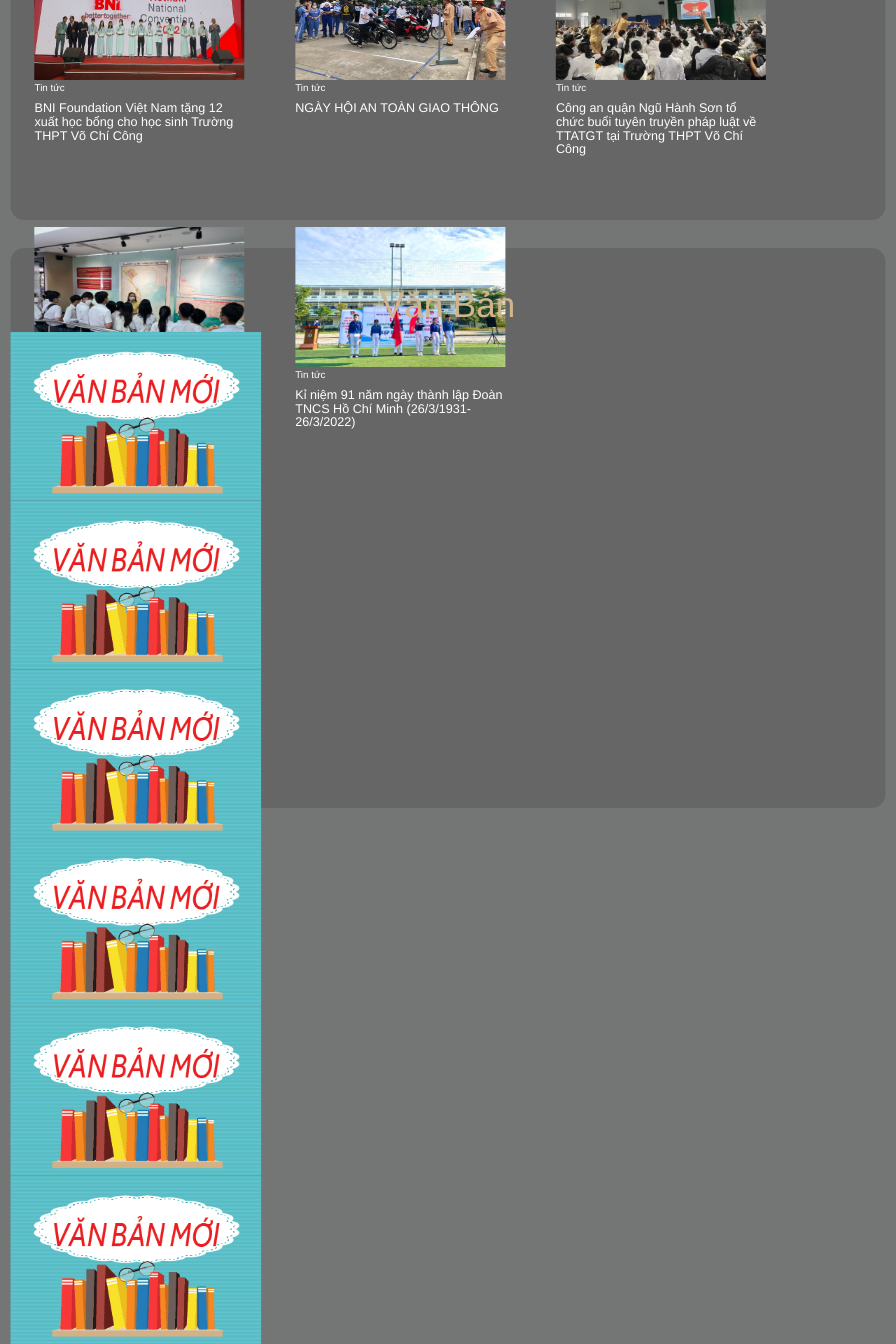
Repository: dphasst17/THPTVCC
Page: index.html
These files come from the project's save history. The page is drawn as it stood at one moment and after the next save; the edit follows.
The browser window is 1280 px wide. The pictures show the part of the page from y = 1176 to 3096 px (the page is 3096 px tall before and 2850 px after), at 70% of full size.

Above is the page before, as saved 2022-10-02 21:14:06.

### index.html
<!DOCTYPE html>
<html lang="en">
<head>
    <meta charset="UTF-8">
    <meta http-equiv="X-UA-Compatible" content="IE=edge">
    <meta name="viewport" content="width=device-width, initial-scale=1.0">
    <link rel="stylesheet" href="https://maxcdn.bootstrapcdn.com/bootstrap/3.4.1/css/bootstrap.min.css">
    <script src="https://ajax.googleapis.com/ajax/libs/jquery/3.6.0/jquery.min.js"></script>
    <script src="https://maxcdn.bootstrapcdn.com/bootstrap/3.4.1/js/bootstrap.min.js"></script>
    <script src="https://ajax.googleapis.com/ajax/libs/jquery/3.6.0/jquery.min.js"></script>
    <script src="index.js"></script>
    <link rel="stylesheet" href="style.css">
    <title>Document</title>
</head>
<body>
    <header>
        <div class="logo">
            <a href="#">
                <img src="img/logo.png" alt="">
            </a>
        </div>
        <div class="nav">
            <ul>
                <li><a href="">TRANG CHỦ</a></li>
                <li><a href="#new">TIN TỨC</a></li>
                <li><a href="">VĂN BẢN</a></li>
                <li><a href="">TUYỂN SINH</a></li>
                <li><a href="">LIÊN HỆ</a></li>
            </ul>
        </div>
        <div class="search">
            <input placeholder="Search" spellCheck="false"/>
            <div class="icon-search">
                <svg xmlns="http://www.w3.org/2000/svg" viewBox="0 0 512 512"><path d="M416 208c0 45.9-14.9 88.3-40 122.7L502.6 457.4c12.5 12.5 12.5 32.8 0 45.3s-32.8 12.5-45.3 0L330.7 376c-34.4 25.2-76.8 40-122.7 40C93.1 416 0 322.9 0 208S93.1 0 208 0S416 93.1 416 208zM208 352c79.5 0 144-64.5 144-144s-64.5-144-144-144S64 128.5 64 208s64.5 144 144 144z"strokeWidth="4" stroke="#fff"/></svg>
            </div>
        </div>
        <div class="user">
            <svg xmlns="http://www.w3.org/2000/svg" viewBox="0 0 448 512">
                <path d="M224 256c70.7 0 128-57.3 128-128S294.7 0 224 0S96 57.3 96 128s57.3 128 128 128zm-45.7 48C79.8 304 0 383.8 0 482.3C0 498.7 13.3 512 29.7 512H418.3c16.4 0 29.7-13.3 29.7-29.7C448 383.8 368.2 304 269.7 304H178.3z"/>
            </svg>
            <div class="user_infor">
                <a href="./login.html">Login</a>
            </div>
        </div>
    </header>
    <div class="container">
        <div id="myCarousel" class="carousel slide" data-ride="carousel">
            <!-- Indicators -->
            <ol class="carousel-indicators">
              <li data-target="#myCarousel" data-slide-to="0" class="active"></li>
              <li data-target="#myCarousel" data-slide-to="1"></li>
              <li data-target="#myCarousel" data-slide-to="2"></li>
            </ol>

            <!-- Wrapper for slides -->
            <div class="carousel-inner">
              <div class="item active">
                <img src="img/1.png" alt="Los Angeles" style="width:100%;height:300px;">
              </div>

              <div class="item">
                <img src="img/2.png" alt="Chicago" style="width:100%;height:300px;">
              </div>

              <div class="item">
                <img src="img/3.gif" alt="New york" style="width:100%;height:300px;">
              </div>
            </div>

            <!-- Left and right controls -->
            <a class="left carousel-control" href="#myCarousel" data-slide="prev">
              <span class="glyphicon glyphicon-chevron-left"></span>
              <span class="sr-only">Previous</span>
            </a>
            <a class="right carousel-control" href="#myCarousel" data-slide="next">
              <span class="glyphicon glyphicon-chevron-right"></span>
              <span class="sr-only">Next</span>
            </a>
        </div>
        <div id="new" class="new">
            <h1><br/>TIN TỨC</h1>
            <div class="new_container">
                <img src="img/tintuc/1.jpg" alt="">
                <a>Tin tức</a>
                <h4>LỄ PHÁT ĐỘNG CHIẾN DỊCH TIÊM CHỦNG VẮC XIN PHÒNG COVID-19</h4>
            </div>

            <div class="new_container">
                <img src="img/tintuc/2.jpg" alt="">
                <a>Tin tức</a>
                <h4>TRƯỜNG THPT VÕ CHÍ CÔNG KHAI GIẢNG NĂM HỌC 2022 - 2023</h4>
            </div>

            <div class="new_container">
                <img src="img/tintuc/3.jpg" alt="">
                <a>Tin tức</a>
                <h4>KỶ NIỆM 110 NĂM NGÀY SINH CHỦ TỊCH HỘI ĐỒNG NHÀ NƯỚC VÕ CHÍ CÔNG (7-8-1912 - 7-8-2022)</h4>
            </div>

            <div class="new_container">
                <img src="img/tintuc/5.jpg" alt="">
                <a>Tin tức</a>
                <h4>BNI Foundation Việt Nam tặng 12 xuất học bổng cho học sinh Trường THPT Võ Chí Công</h4>
            </div>

            <div class="new_container">
                <img src="img/tintuc/4.jpg" alt="">
                <a>Tin tức</a>
                <h4>NGÀY HỘI AN TOÀN GIAO THÔNG</h4>
            </div>

            <div class="new_container">
                <img src="img/tintuc/6.jpg" alt="">
                <a>Tin tức</a>
                <h4>Công an quận Ngũ Hành Sơn tổ chức buổi tuyên truyền pháp luật về TTATGT tại Trường THPT Võ Chí Công</h4>
            </div>

            <div class="new_container">
                <img src="img/tintuc/7.jpg" alt="">
                <a>Tin tức</a>
                <h4>Trường THPT Võ Chí Công tham quan, học tập tại nhà trưng bày Hoàng Sa và Bảo tàng Chăm vào ngày 24/4/2022.</h4>
            </div>

            <div class="new_container">
                <img src="img/tintuc/8.jpg" alt="">
                <a>Tin tức</a>
                <h4>Kỉ niệm 91 năm ngày thành lập Đoàn TNCS Hồ Chí Minh (26/3/1931-26/3/2022)</h4>
            </div>

        </div>
        <div class="document">
            <h1><br/>Văn Bản</h1>
            <div class="document_container">
                <img src="img/document/document.png" alt="">
            </div>

            <div class="document_container">
                <img src="img/document/document.png" alt="">
            </div>

            <div class="document_container">
                <img src="img/document/document.png" alt="">
            </div>

            <div class="document_container">
                <img src="img/document/document.png" alt="">
            </div>

            <div class="document_container">
                <img src="img/document/document.png" alt="">
            </div>

            <div class="document_container">
                <img src="img/document/document.png" alt="">
            </div>

        </div>
    </div>
</body>
</html>

### index.js
$(document).ready(function(){
    $('.user').click(function(){
        $('.user_infor').fadeToggle('user_info')
    })
})

### style.css
body{
    margin:0;
    text-decoration:none;
    background-color:rgb(116, 118, 118);;
}
header{
    width:100%;
    height:100px;
    top:0;
    left:0;
    right:0;
    position:relative;
    z-index: 111;
}
.logo img{
    width:6%;
    margin:10px 30px;
    position:absolute;
}
.nav{
    position:absolute;
    width:51%;
    height:50px;
    background-color:rgb(171, 173, 173);
    border-radius:10px;
    margin:20px 170px;
}
.nav ul li{
    display:inline-block;
    width:120px;
    margin-left:15px;
    text-decoration:none;
    line-height: 44px;
    text-align:center;
}
.nav a{
    display:block;
    width:120px;
    height:50px;
    text-decoration:none;
    font-size:18px;
    color:rgb(141, 117, 86);
    line-height: 48px;
}
.search{
    width: 350px;
    height: 50px;
    position: absolute;
    background-color: rgb(171, 173, 173);
    margin-left: 66%;
    margin-top:20px;
    border-radius: 10px;
}
.search input{
    width:340px;
    height:40px;
    margin:5px;
    border-style:none;
    background-color:rgb(171, 173, 173);
    color:#fff;
    outline: none;
    font-size:15px;
}
.icon-search{
    position: absolute;
    background-color: transparent;
    border: 0 none;
    width: 10%;
    margin: -12% 85%;
}
.user{
    width:50px;
    height:50px;
    float:right;
    margin:20px 50px;
    border-radius:50px;
    background-color:rgb(171, 173, 173);
}
.user svg{
    width:70%;
    margin:3px 8px;
}
.user_infor{
    display:none;
    width:100px;
    height:auto;
    background-color: rgb(171, 173, 173);
    border-radius:10px;
    margin: 10px -25px;
    text-align:center;
}
.container{
    width:100%;
    height:auto;
    margin:50px 0;
}
.new{
    width:100%;
    height:1000px;
    background-color:rgb(103, 102, 102);
    margin-top:40px;
    border-radius:20px;
}
h1{
    color:tan;
    text-align:center;
    font-size:50px;
}
.new_container{
    width:300px;
    height:350px;
    display:inline-flex;
    margin:25px 34.3px;
    flex-wrap: wrap;
    align-content: center;
}
.new_container img{
    width:300px;
    height:200px;
}
.new_container h4{
    color:#fff;
}
.new_container a{
    color:#fff;
    text-decoration:none;
}
.document{
    width:100%;
    height:800px;
    background-color:rgb(103, 102, 102);
    margin-top:40px;
    border-radius:20px;
}

After the next save:
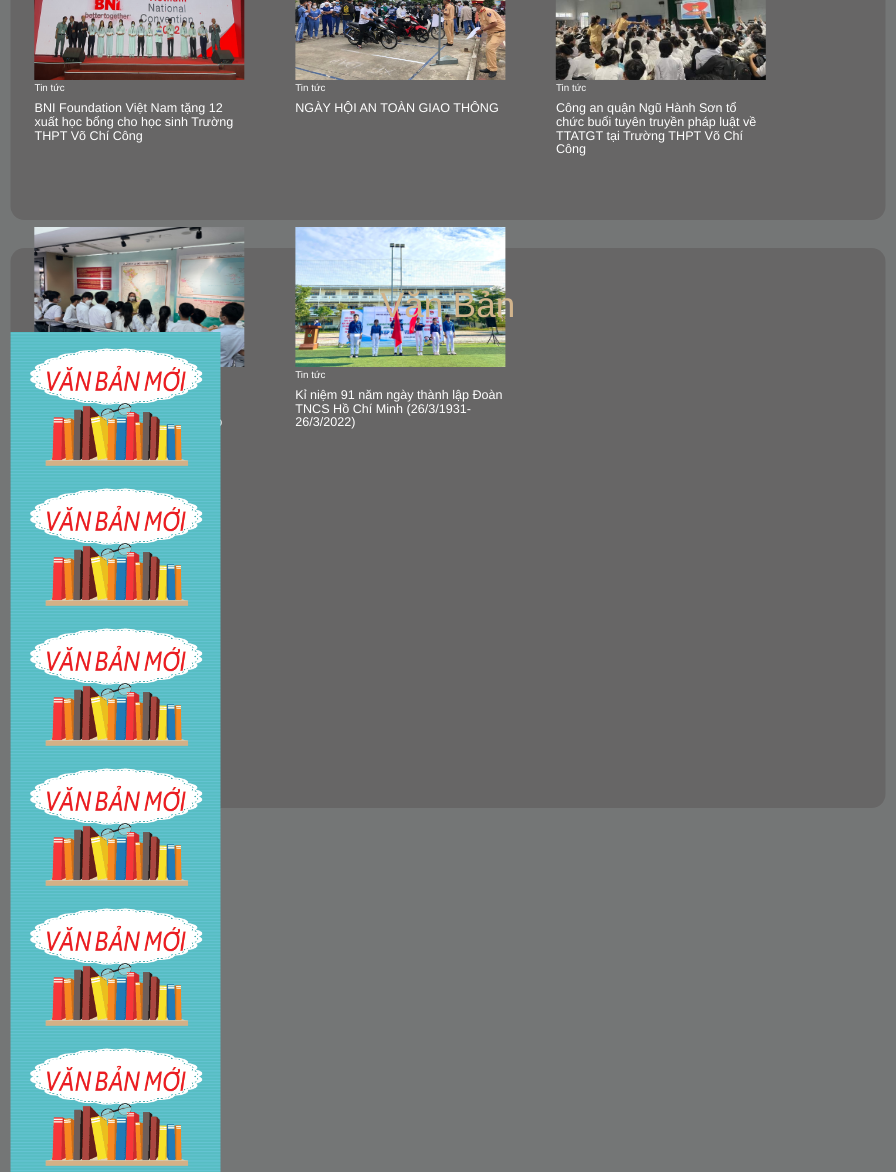
Saved 41 s later.
--- a/style.css
+++ b/style.css
@@ -132,3 +132,7 @@
     margin-top:40px;
     border-radius:20px;
 }
+.document img{
+    width:300px;
+    height:200px;
+}
